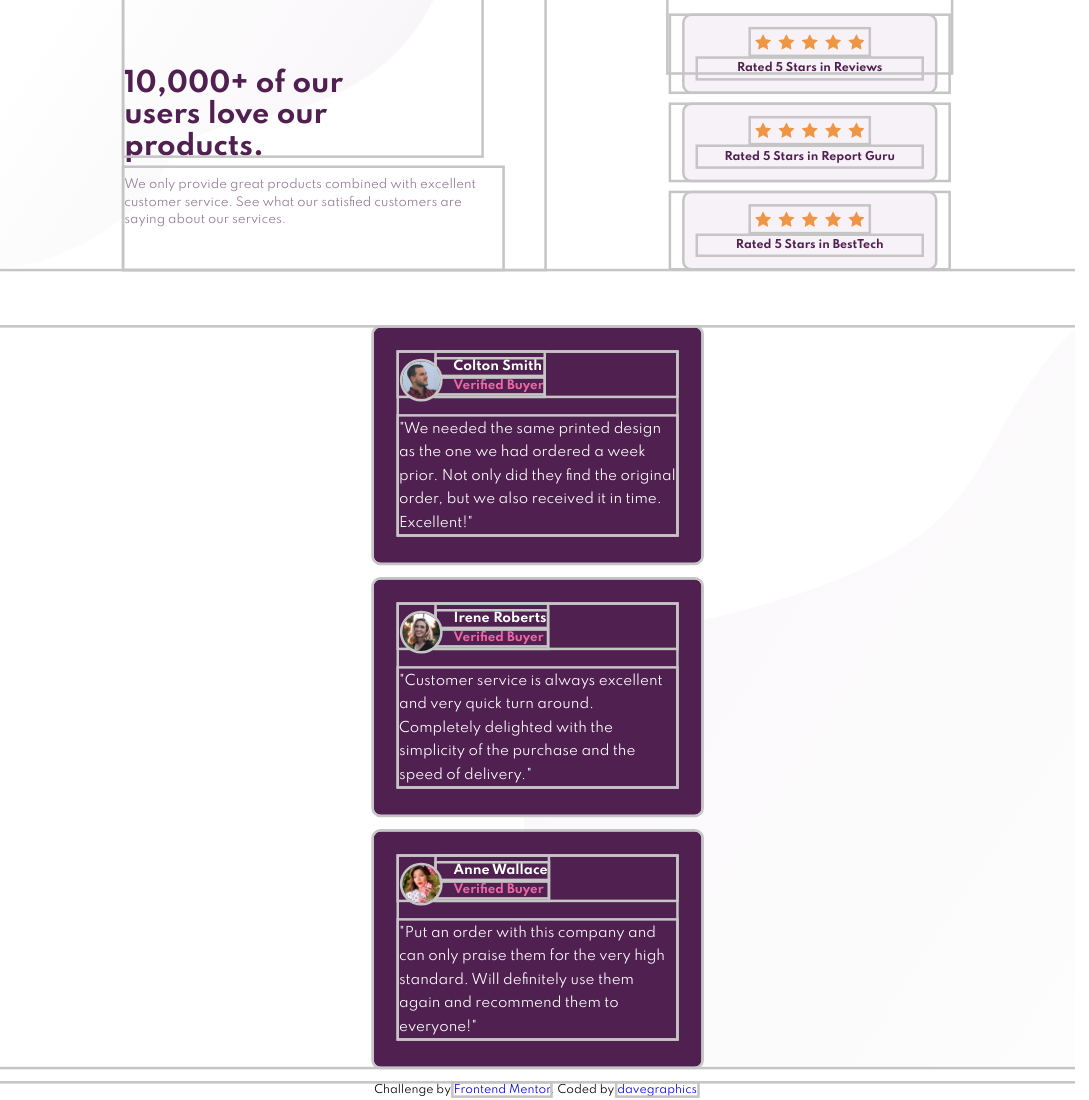
Repository: DejV44/social-proof-section-master
Page: index.html
An editor plug-in stored every save of this project. The page is shown before and after a run of saves, followed by the edit.
The browser window is 1280 px wide. The page is 1280 px wide, then 1297 px, so the pictures cover 1297 px, including what lies to the right of the window. The pictures show the whole page, at 84% of full size.
The style sheet was rebuilt from its Sass, Less or Tailwind sources for each picture, by a compiler version that may differ from the author's.

Above is the page before, as saved 2021-06-23 20:24:55.

After the next 2 saves:
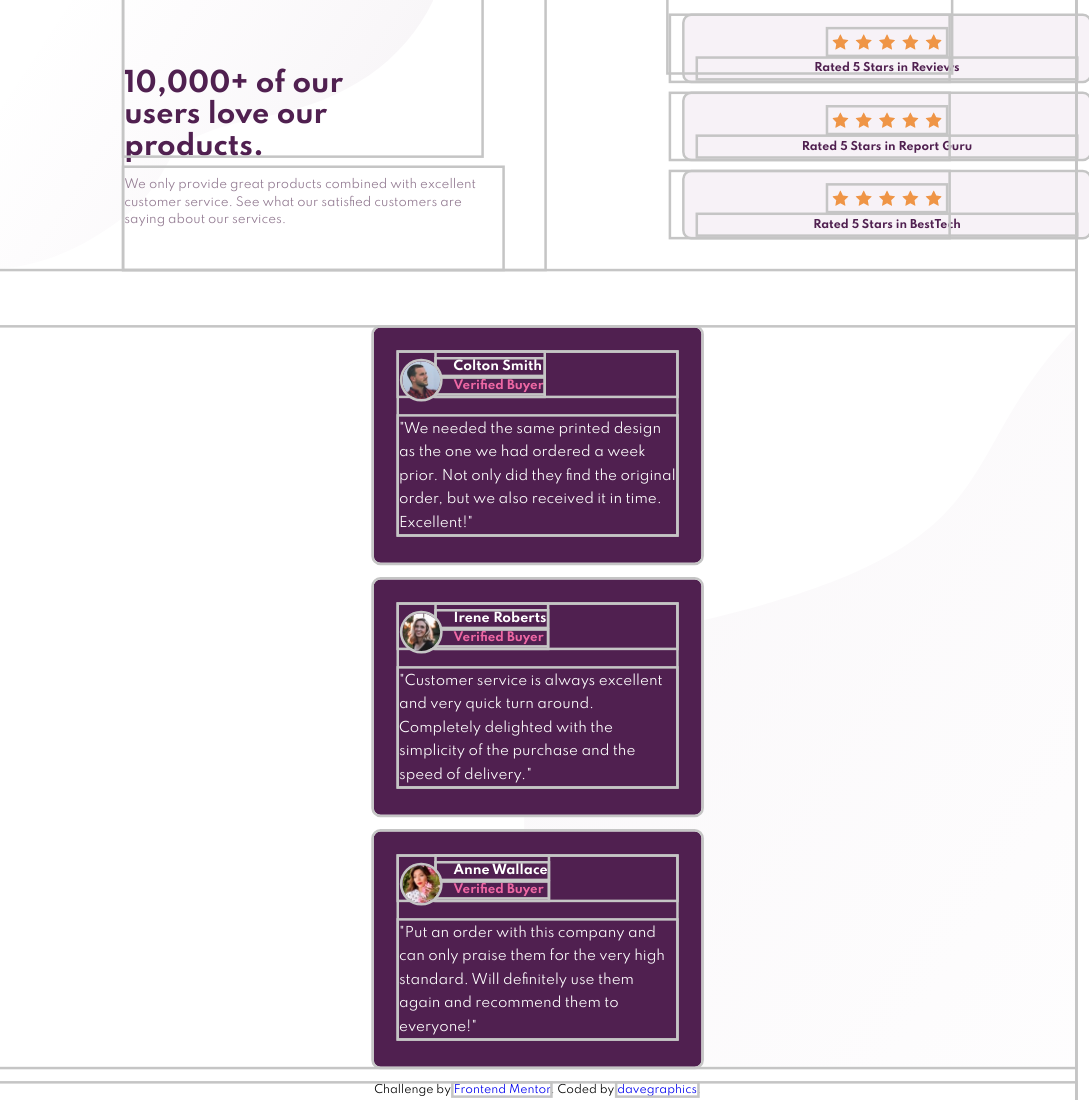
The 2 saves are shown as one change because 1 did not build or start.
The last was saved 2 min 21 s later.
--- a/css/main.scss
+++ b/css/main.scss
@@ -199,6 +199,11 @@ body {
             align-items: flex-end;
             margin-right: auto;
             margin-right: auto;
-        }
-    }
-}
+
+            li {
+                width: 450px;
+                height: 45px;
+            }
+        }
+    }
+}
